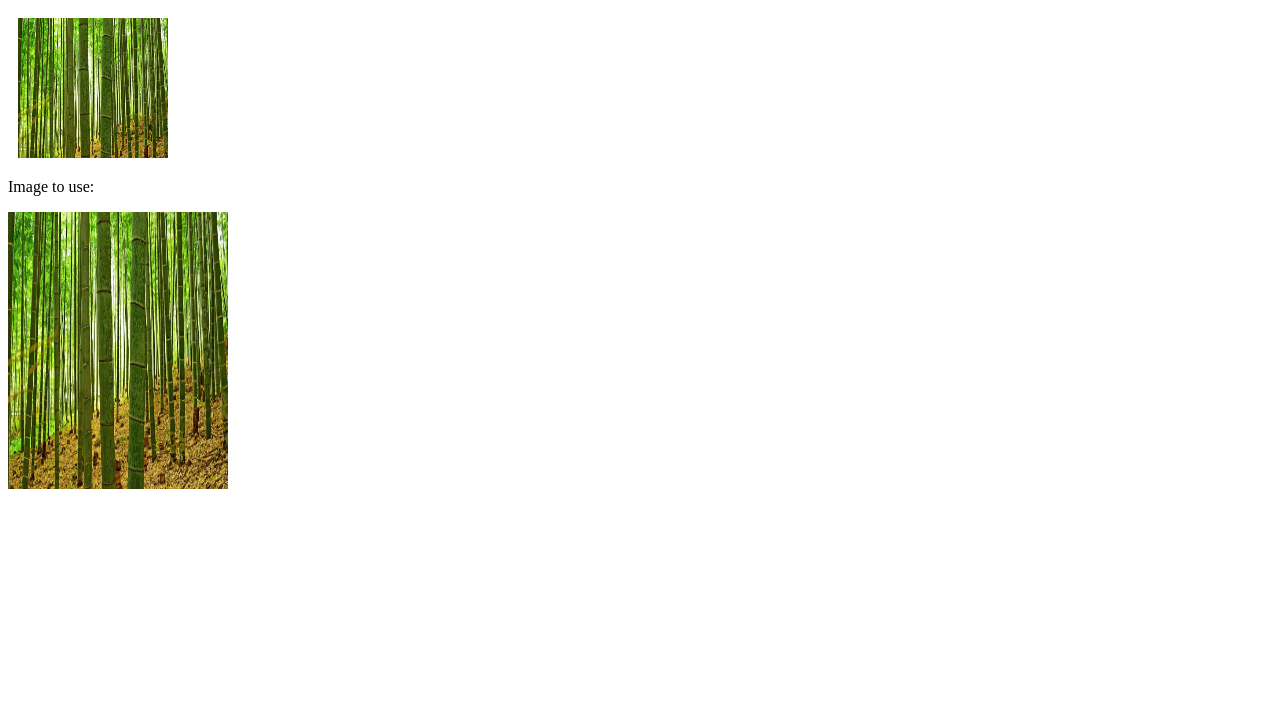
Repository: tanasa-mircea/playground
Page: canvas-filters/index.html
The author's editor kept a copy of each file at every save. The page is drawn from the files as they stood at one save, then again after the next save.
The browser window is 1280 px wide. The pictures show the whole page.

Above is the page before, as saved 2019-02-08 10:52:13.

### canvas-filters/index.html
<!DOCTYPE html>
<html>
<head>
  <meta charset="utf-8">
  <meta http-equiv="X-UA-Compatible" content="IE=edge">
  <title>Page Title</title>
  <meta name="viewport" content="width=device-width, initial-scale=1">
</head>
<body>
  <canvas id="myCanvas"></canvas>
  <!-- <img id="image" class="hidden" src="bamboo.jpg" alt=""> -->

  <p>Image to use:</p>
<img id="scream" width="220" height="277" src="bamboo.jpg" alt="The Scream">

  <script src="main.js"></script>
</body>
</html>

### canvas-filters/main.js
var config = {
  canvasWidth: 1200,
  canvasHeight: 600
}

var canvas,
    canvasContext,
    image;

function initCanvas() {
  canvas = document.getElementById("canvas");
  // canvas.height = config.canvasHeight;
  // canvas.width = config.canvasWidth;

  canvasContext = canvas.getContext("2d");
  image = document.getElementById("image");
  debugger
  canvasContext.drawImage(image, config.canvasWidth, config.canvasHeight, 0, 0);
}

// window.onload = function() {
//   initCanvas();
// }

window.onload = function() {
  var c = document.getElementById("myCanvas");
  var ctx = c.getContext("2d");
  var img = document.getElementById("scream");
  ctx.drawImage(img, 10, 10, 150, 180);
}

After the next save:
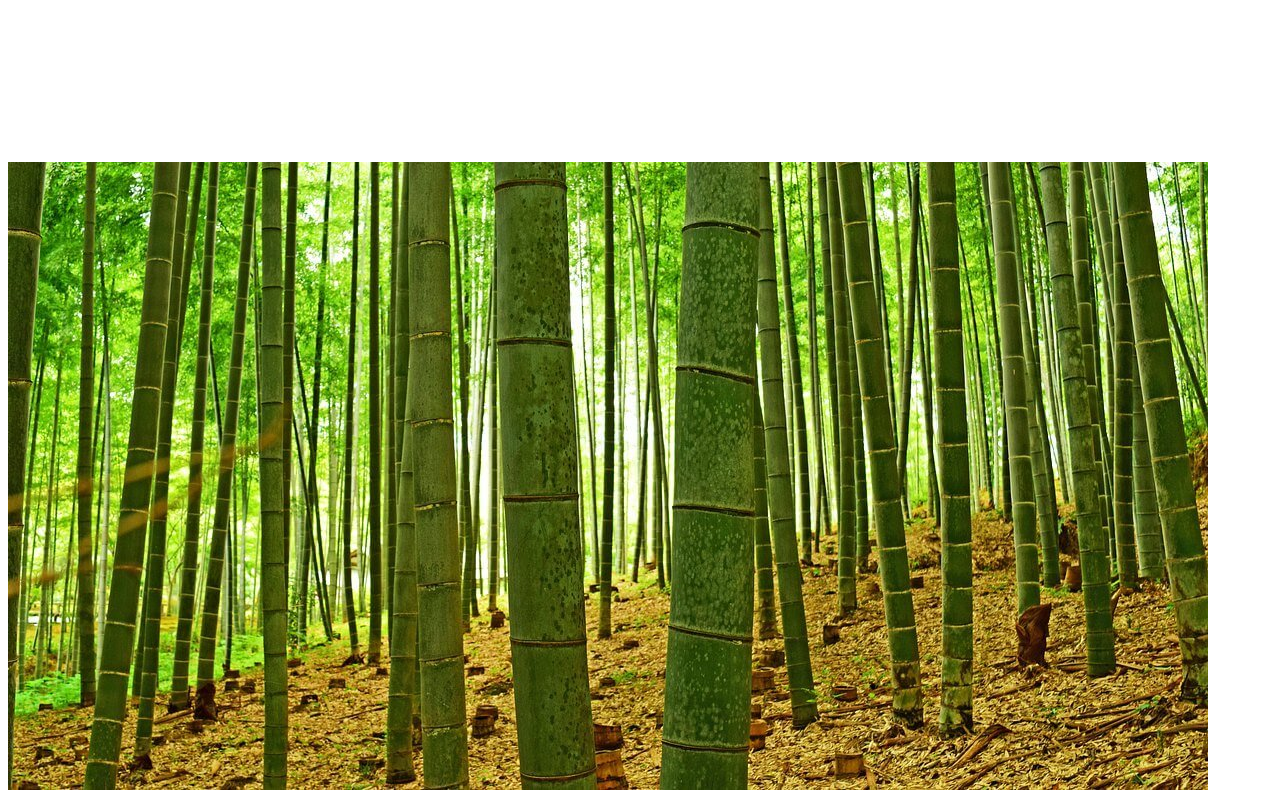
Console error (its wording comes from the project's code and is left out).
Saved 18 s later.
--- a/canvas-filters/index.html
+++ b/canvas-filters/index.html
@@ -8,10 +8,7 @@
 </head>
 <body>
   <canvas id="myCanvas"></canvas>
-  <!-- <img id="image" class="hidden" src="bamboo.jpg" alt=""> -->
-
-  <p>Image to use:</p>
-<img id="scream" width="220" height="277" src="bamboo.jpg" alt="The Scream">
+  <img id="image scream" src="bamboo.jpg" alt="">
 
   <script src="main.js"></script>
 </body>
